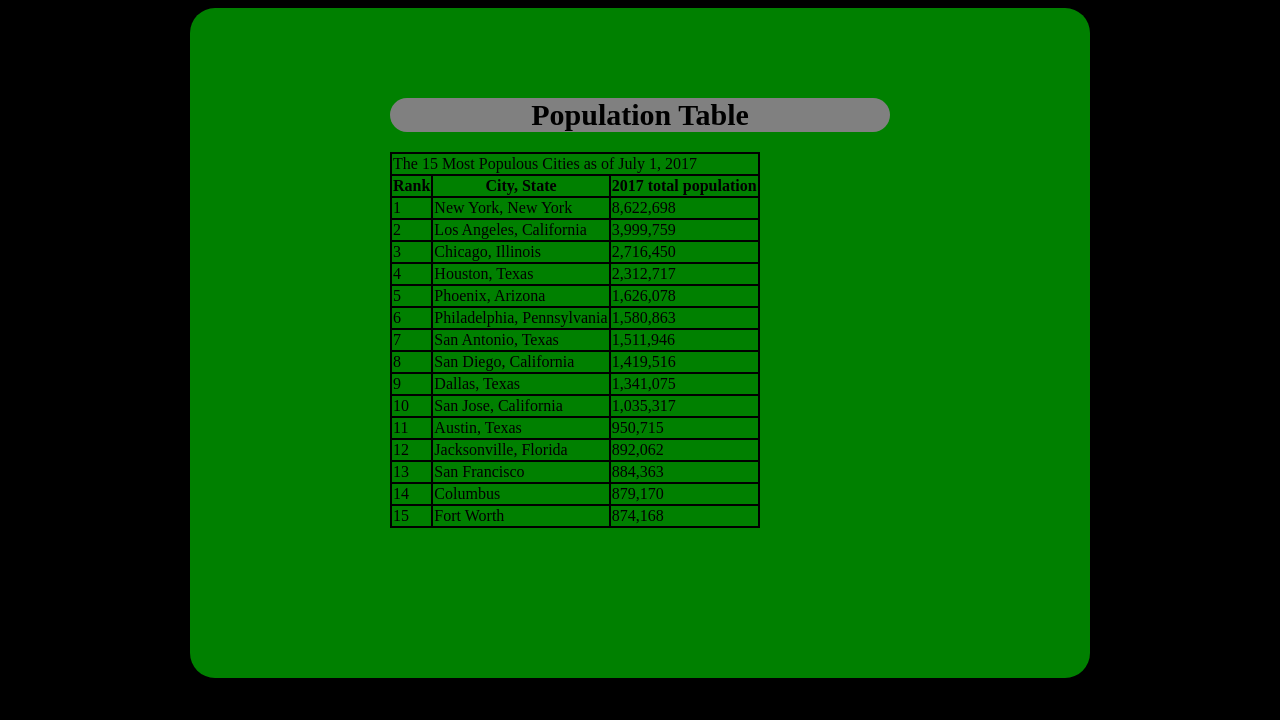
Repository: GaithCattan/COSW30
Page: http://localhost/labwork/lab5/population.php
The author's editor kept a record of every edit. The page is drawn from the files as they stood at one moment, then again after the next edit.
The browser window is 1280 px wide. The pictures show the whole page.
The page is run by PHP 8.4 with error messages shown; the project is at /var/www/html/.

Above is the page before.

### labwork/lab5/population.php
<!doctype html>
<html>
    <head>
         <meta charset="utf-8">
         <title>Population Table</title>
        <style>
          body {background-color: black;
                background-position: center;
                background-repeat: no-repeat;}
          h1 {text-align: center; font-size: 30px; margin-top: 40px;
              border-radius: 25px; margin-left: auto; margin-right: auto;
              background-color: grey;}
          #container {width: 900px;	margin-left: auto;	margin-right: auto;	padding-top: 50px;	padding-bottom: 150px; border-radius: 25px;	background-color: green;}
          #texting {width: 500px; display: block; margin-left: auto; margin-right: auto;}
          input[type=submit] {background-color: blue; border: none; border-radius: 10px;  color: white;  padding: 16px 32px;  text-decoration: none;  margin: 4px 2px;  cursor: pointer;}
          footer {font-size: 1.5em; color: white; text-align: center; margin-top: 11%;}
          table, th, td {border: 1px solid black;}
        </style>

    </head>
    <body>

    <div id="container">
    <div id="texting">

    <h1>Population Table</h1>



<?php

    $row_styles = array('even','odd');
    $style_index = 0;

    $population = array('New York, New York' => '8,622,698',
                        'Los Angeles, California' => '3,999,759',
                        'Chicago, Illinois' => '2,716,450',
                        'Houston, Texas' => '2,312,717',
                        'Phoenix, Arizona' => '1,626,078',
                        'Philadelphia, Pennsylvania' => '1,580,863',
                        'San Antonio, Texas' => '1,511,946',
                        'San Diego, California' => '1,419,516',
                        'Dallas, Texas' => '1,341,075',
                        'San Jose, California' => '1,035,317',
                        'Austin, Texas' => '950,715',
                        'Jacksonville, Florida' => '892,062',
                        'San Francisco' => '884,363',
                        'Columbus' => '879,170',
                        'Fort Worth' => '874,168');




echo "<table border='3' class='stats' cellspacing='0'>

            <tr>
                <td class='hed' colspan='8'>The 15 Most Populous Cities as of July 1, 2017</td>
            </tr>
            <tr>
                <th>Rank</th>
                <th>City, State</th>
                <th>2017 total population</th>
            </tr>";
$i = 1;
    foreach ($population as $key => $value ) {
        print "<td>$i</td><td>$key</td><td>$value</td></tr>\n";
        $i++;
        }


    echo "</table>";








/*

print "<table>\n";
foreach ($population as $key => $value) {
    print "<td>$key</td><td>$value</td></tr>\n";
}



print "<th>City, State</th>";
print "<th>2017 total population</th>";


$i = 0;       // index used to control when to add new row (incremented to each loop)
// Traverse the array with FOREACH
foreach($aray AS $key=>$val) {
  $html_table .= '<td>' .$key. ' - '. $val. '</td>';       // adds key-value in columns in table
  $i++;

  // If the number of columns is completed for a row (rest of division of $i to $nr_col is 0)
  // Closes the current row, and begins another row
  $col_to_add = $i % $nr_col;
  if($col_to_add == 0) { $html_table .= '</tr><tr>'; }
}





    print "<table>\n";
    foreach ($population as $key => $value) {
        print "<tr><td>$key</td><td>$value</td></tr>\n";
        }

    print '</table>';




    foreach($population as $key => $value) {
        echo "<p>$key Value: $value</p>";
    }




         */

?>



    </div>
    </div>
    </body>


</html>

After the next edit:
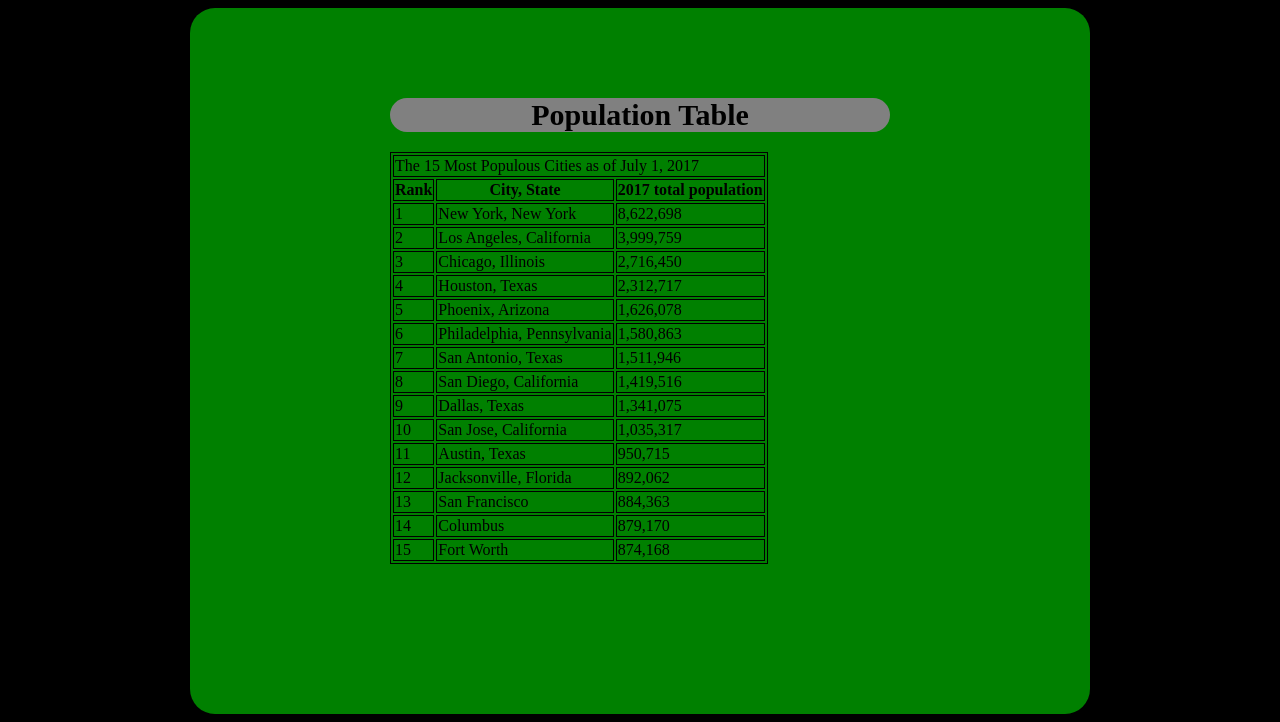
The edit:
--- a/labwork/lab5/population.php
+++ b/labwork/lab5/population.php
@@ -51,7 +51,7 @@
 
 
 
-echo "<table border='3' class='stats' cellspacing='0'>
+echo "<table>
 
             <tr>
                 <td class='hed' colspan='8'>The 15 Most Populous Cities as of July 1, 2017</td>
